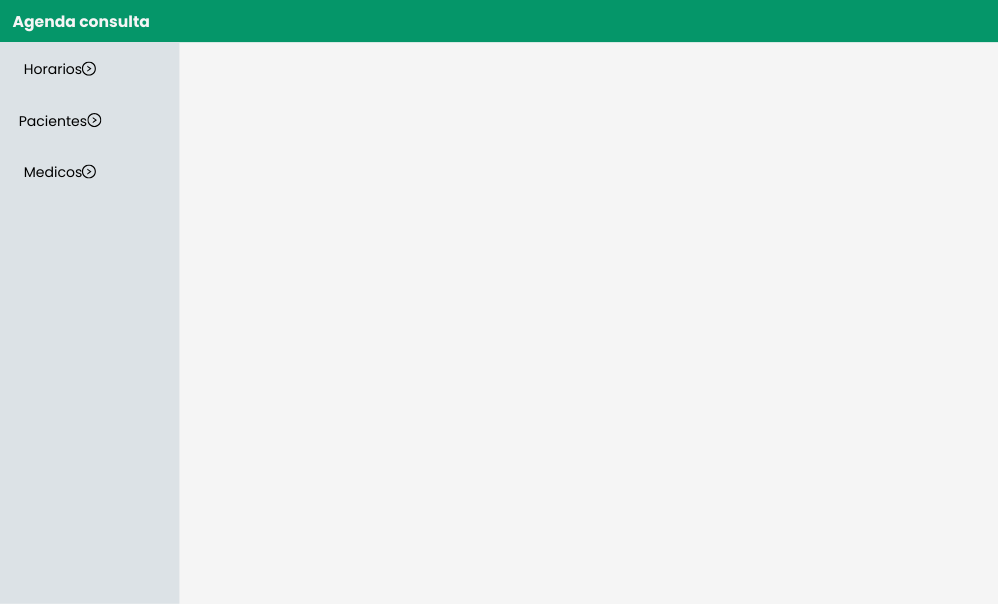
Repository: BarbaraCD/agendaconsulta
Page: /
These files come from the project's save history. The page is drawn as it stood at one moment and after the next save; the edit follows.
The browser window is 1280 px wide. The pictures show the whole page, at 78% of full size.
The project was rebuilt for these pictures with package versions that can differ from the ones it lists, and the page was loaded fresh each time. Also part of the build but not shown: vite.config.ts, src/styles/StyleList.ts, src/components/Doctors.tsx, src/services/ApiConfig.ts, src/services/doctor.services.ts, src/styles/InputContainer.ts, src/components/InputDoctors.tsx, src/components/SubmitButton.tsx and 7 more.

Above is the page before, as saved 2023-07-31 10:19:49.

### index.html
<!DOCTYPE html>
<html lang="en">
  <head>
    <meta charset="UTF-8" />
    <link rel="icon" type="image/svg+xml" href="/vite.svg" />
    <meta name="viewport" content="width=device-width, initial-scale=1.0" />

    <link rel="preconnect" href="https://fonts.googleapis.com">
    <link rel="preconnect" href="https://fonts.gstatic.com" crossorigin>
    <link href="https://fonts.googleapis.com/css2?family=Poppins:wght@400;500;700&display=swap" rel="stylesheet">

    <title>Agendamento de Consulta</title>
  </head>
  <body>
    <div id="root"></div>
    <script type="module" src="/src/main.tsx"></script>
  </body>
</html>

### src/main.tsx
import React from 'react'
import ReactDOM from 'react-dom/client'
import { ThemeProvider } from 'styled-components'
import GlobalStyle from './styles/global'
import { theme } from './styles/Theme.ts'
import { Routes } from './routes/index.tsx'
import { Header } from './components/Header.tsx'

ReactDOM.createRoot(document.getElementById('root')!).render(
  <React.StrictMode>
    <ThemeProvider theme={theme}>
      <GlobalStyle />
      <Header />
      <Routes />
    </ThemeProvider>
  </React.StrictMode>,
)

### src/styles/global.ts
import { createGlobalStyle } from 'styled-components'

export default createGlobalStyle`
  *{
    margin: 0;
    padding: 0;
    box-sizing: border-box;
  }
  body{
    font-family: 'Poppins', sans-serif;
    background: ${(props) => props.theme.colors.white};
    font-size: ${(props) => props.theme.size.xl};
  }
`

### src/styles/Theme.ts

export const theme = {
  colors: {
    primary: '#059669',
    head: '#059669B3',
    900: '#6A8D73',
    800: '#AFC5A6',
    700: '#F4FDD9',
    100: '#E4FFE1',

    sbcolor: '#DCE2E6',
    gray: '#41414D',
    black: '#000',
    white: '#f5f5f5',
  },

  size: {
    sm: '14px',
    md: '16px',
    lg: '18px',
    xl: '20px',
    xxl: '24px'
  }
}

### src/routes/index.tsx
import { BrowserRouter } from "react-router-dom";

import { AppRoutes } from './app.routes'

export function Routes(){
  return(
    <BrowserRouter>
      <AppRoutes />
    </BrowserRouter>
  )
}

### src/components/Header.tsx
import { styled } from "styled-components"

const Container = styled.div`
  background-color: ${(props) => props.theme.colors.primary};
  padding: 12px 16px;
  color: ${(props) => props.theme.colors.white};
  font-weight: 700;
`

export function Header(){
  return (
    <Container>
      Agenda consulta
    </Container>
  )
}

### src/routes/app.routes.jsx
import { Routes, Route } from 'react-router-dom'

import { CreateDoctor } from '../components/CreateDoctor'
import { CreatePatient } from '../components/CreatePatient'
import { Sidebar } from '../components/Sidebar'
import { Appointments } from '../components/Appointments'

export function AppRoutes(){
  return(
    <Routes>
      <Route path='/' element={<Sidebar />} />
      <Route path='/patients' element={<CreatePatient />} />
      <Route path='/doctors' element={<CreateDoctor />} />
      <Route path='/appointments' element={<Appointments />} />
    </Routes>
  )
}

### src/components/Sidebar.tsx

import { RightCircleOutlined } from '@ant-design/icons'
import { CreatePatient } from './CreatePatient'

import { StyledSidebar, StyledList } from '../styles/SidebarStyled'
import { useState } from 'react';



export function Sidebar(){
  const [showPacient, setShowPacient] = useState(false)

  const handlePatientClick = () => {
    setShowPacient(true);
  };

  return (
    <StyledSidebar>
        <StyledList>
          <li>
            Horarios
            <RightCircleOutlined />
          </li>
          <li onClick={handlePatientClick}>
            Pacientes
            {/* <CreatePatient /> */}
            <RightCircleOutlined />
          </li>
          <li>
            Medicos
            <RightCircleOutlined />
          </li>
        </StyledList>
    </StyledSidebar>
  )
}

### src/styles/SidebarStyled.ts
import styled from 'styled-components'

export const StyledSidebar = styled.div`
  display: flex;
  height: 100vh;
  width: 18vw;
  background-color: ${(props) => props.theme.colors.sbcolor};
  color: ${(props) => props.theme.colors.black};
  font-size: ${(props) => props.theme.size.lg};
  font-weight: 400;
  justify-content: start;

`

export const StyledList = styled.ul`
    flex-direction: column;
    display: flex;
    padding: 12px;
    list-style: none;
    gap: 20px;

  li{
    cursor: pointer;
    padding: 12px;
    line-height: 22px;
    justify-content: space-between;
    text-align: center;
  }
`

After the next save:
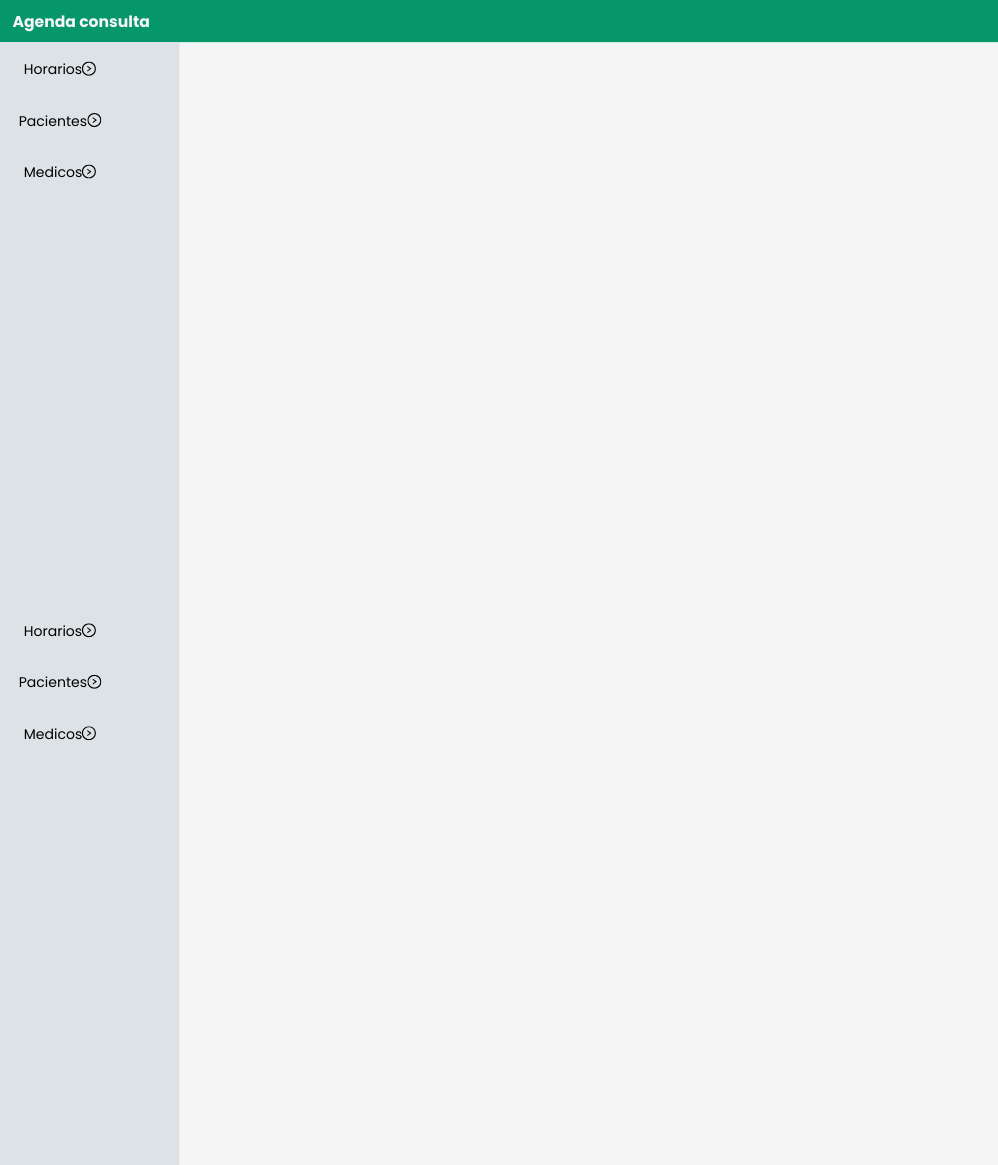
Saved 17 min 41 s later.
--- a/src/main.tsx
+++ b/src/main.tsx
@@ -5,12 +5,14 @@ import GlobalStyle from './styles/global'
 import { theme } from './styles/Theme.ts'
 import { Routes } from './routes/index.tsx'
 import { Header } from './components/Header.tsx'
+import { Sidebar } from './components/Sidebar.tsx'
 
 ReactDOM.createRoot(document.getElementById('root')!).render(
   <React.StrictMode>
     <ThemeProvider theme={theme}>
       <GlobalStyle />
       <Header />
+      <Sidebar />
       <Routes />
     </ThemeProvider>
   </React.StrictMode>,
